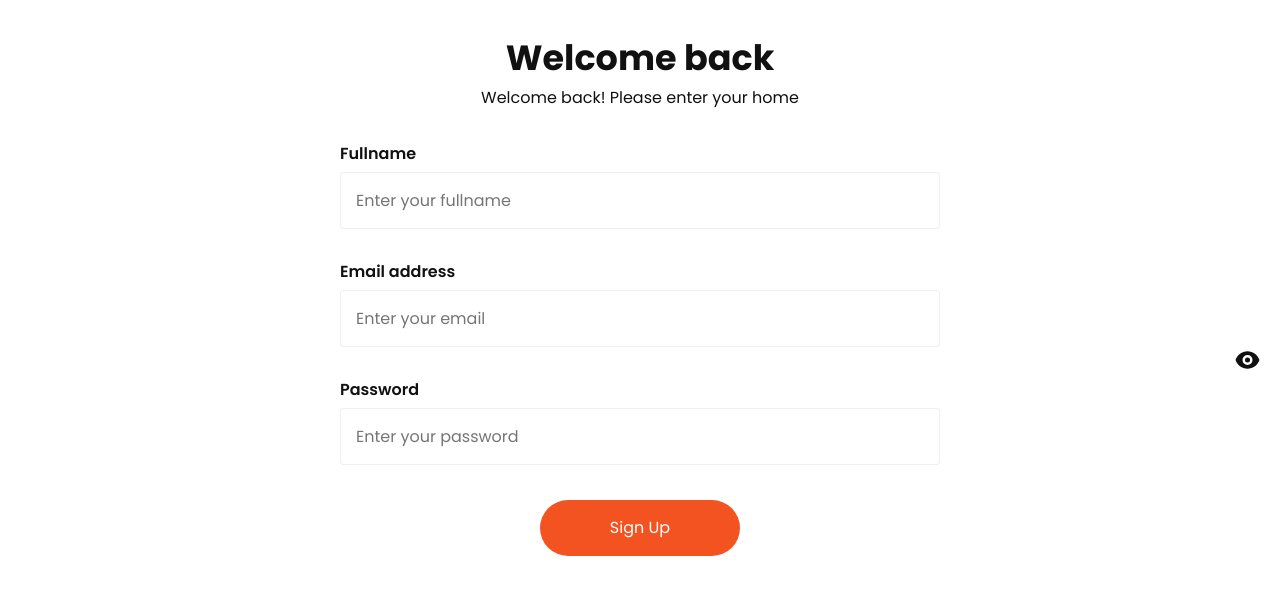
Repository: hoang0508/ReactJs-Fruits
Page: /sign-up
An editor plug-in stored every save of this project. The page is shown before and after a run of saves, followed by the edit.
The browser window is 1280 px wide. The pictures show the whole page.
The project was rebuilt for these pictures with package versions that can differ from the ones it lists, and the page was loaded fresh each time. Also part of the build but not shown: src/Pages/NotFoundPage.js, src/hooks/useHookAPI.js, src/hooks/useLocalStrorage.js, src/components/context/Auth-Context.js, src/components/Media/Social.scss, src/components/Media/Social.js, src/components/Footer/Footercoppy.js, src/components/Footer/Footer.js and 33 more.

Above is the page before, as saved 2022-05-12 10:32:14.

### src/components/Footer/Footer.scss
@import "../../index.scss";
.footer {
  background-color: $bg-footer;
  padding: 80px 0;
  &-list {
    display: grid;
    grid-template-columns: repeat(4, 1fr);
    grid-gap: 0 40px;
  }
  &-logo {
    span {
      color: $primary-color;
      font-size: 45px;
      font-weight: 700;
      display: inline-block;
      margin-bottom: 20px;
    }
    &--desc {
      line-height: 1.6;
      color: $text-color--tx;
      margin-bottom: 20px;
    }
  }
  &-title {
    margin-bottom: 25px;
    color: $text-color--tx;
    font-size: 20px;
  }
  &-item--instagram {
    display: grid;
    grid-template-columns: repeat(3, 1fr);
    grid-gap: 6px;
  }
  &-images--ig {
    height: 65px;
    position: relative;
    overflow: hidden;
    &:hover .footer-images--icon {
      opacity: 1;
      visibility: visible;
      overflow: hidden;
    }
    &:hover img {
      transform: scale(1.1);
    }
    img {
      width: 100%;
      height: 100%;
      object-fit: cover;
      border-radius: 5px;
      transition: all 0.25s linear;
    }
  }
  &-images--icon {
    width: 100%;
    height: 100%;
    background-color: rgba(243, 85, 32, 0.527);
    color: #fff;
    border-radius: 5px;
    display: flex;
    align-items: center;
    justify-content: center;
    font-size: 20px;
    position: absolute;
    top: 50%;
    left: 50%;
    transform: translate(-50%, -50%);
    cursor: pointer;
    opacity: 0;
    visibility: hidden;
    transition: all 0.2s ease;
  }
  &-link {
    display: inline-block;
    padding-bottom: 20px;
    color: $text-color--tx;
  }
  &-info {
    &--item {
      display: flex;
      align-items: center;
      gap: 0 20px;
      margin-bottom: 30px;
    }
    &--icon {
      color: $primary-color;
      font-size: 25px;
    }
    &--name {
      margin-bottom: 10px;
      color: $text-color--tx;
    }
  }
  &-coppy {
    padding: 30px 0;
    background-color: #021a32;
    color: #fff;
    .container {
      display: flex;
      align-items: center;
      justify-content: space-between;
    }
    &--license {
      font-size: 14px;
      span {
        color: $primary-color;
        font-size: 16px;
      }
    }
    &--help {
      display: flex;
      align-items: center;
      gap: 0 20px;
    }
  }
}

### src/components/Topdown/Topdown.scss
@import "../../index.scss";
.down {
  background-color: $text-color--tx;
  color: #fff;
  width: 50px;
  height: 50px;
  border-radius: 100rem;
  display: flex;
  align-items: center;
  justify-content: center;
  position: fixed;
  z-index: 10;
  bottom: -100px;
  right: 20px;
  transition: all 0.5s linear;
  &.active-down {
    opacity: 1;
    visibility: visible;
    bottom: 20px;
  }
}

### src/Pages/Cartpage/Cartpage.scss
@import "../../index.scss";
.cart {
  &-banner {
    min-height: 400px;
    position: relative;
    z-index: 0;
  }
  &-main {
    padding: 40px 0;
  }
  &-table {
    border-collapse: collapse;
    width: 100%;
  }
  &-table td,
  &-table th {
    padding-top: 10px;
    padding-bottom: 20px;
  }
  &-table th {
    padding: 15px;
    text-align: center;
    background-color: $primary-color;
    color: white;
  }
  &-images {
    width: 150px;
    height: 150px;
    img {
      width: 100%;
      height: 100%;
      object-fit: cover;
    }
  }
  &-item {
    margin-bottom: 10px;
    border-bottom: 1px solid $border-color;
    text-align: center;
  }
  &-total {
    max-width: 150px;
    width: 100%;
    padding: 10px 12px;
    margin-top: 20px;
    margin-left: auto;
    display: flex;
    /* justify-content: flex-end; */
    justify-content: center;
    gap: 0 10px;
    background-color: #f35320;
    color: #fff;
  }
  &-count {
    display: flex;
    align-items: center;
    justify-content: center;
  }
  &-remove {
    display: inline-flex;
    align-items: center;
    justify-content: center;
  }
}

### src/components/Input/Input.js
import React from "react";
import styled from "styled-components";

const InputStyles = styled.div`
  width: 100%;
  input {
    width: 100%;
    border: 1px solid ${(props) => props.theme.border};
    padding: 15px;
    border-radius: 4px;
    transition: all 0.25s linear;
    position: relative;
    &:focus {
      background-color: ${(props) => props.theme.bgColor};
      border-color: ${(props) => props.theme.primary};
    }
  }
  .input-icon {
    width: 25px;
    position: absolute;
    top: 50%;
    transform: translateY(-50%);
    right: 20px;
  }
`;

const Input = ({
  name = "",
  placeholder = "",
  type = "",
  children,
  ...props
}) => {
  return (
    <InputStyles>
      <input type={type} placeholder={placeholder} id={name} {...props} />
      {children}
    </InputStyles>
  );
};

export default Input;

### src/components/Header/Header.scss
@import "../../index.scss";
.header {
  &-contact {
    border-bottom: 1px solid #eee;
    .container {
      display: flex;
      justify-content: space-between;
      align-items: center;
      padding: 20px 0;
    }
  }
  &-info {
    display: flex;
    align-items: center;
    gap: 0 25px;
    &--add {
      display: flex;
      align-items: center;
      gap: 0 10px;
    }
    &--gmail {
      display: flex;
      align-items: center;
      gap: 0 10px;
    }
    &--icon {
      color: $primary-color;
    }
  }
  &-social {
    display: flex;
    align-items: center;
    gap: 0 15px;
    span {
      border: 1px solid #f3f3f3;
      width: 35px;
      height: 35px;
      border-radius: 100rem;
      display: flex;
      align-items: center;
      justify-content: center;
      transition: all 0.25s linear;
      &:hover {
        background-color: $primary-color;
        color: #fff;
        transform: translateY(-5px);
        cursor: pointer;
      }
    }
  }
  &-nav {
    padding: 20px 0;
    .container {
      display: flex;
      justify-content: space-between;
      align-items: center;
    }
  }
  &-menu {
    display: flex;
    align-items: center;
    gap: 0 30px;
    &--list {
      display: flex;
      align-items: center;
      gap: 0 30px;
    }
    &--link {
      color: $text-color--tx;
      font-weight: 500;
    }
  }
  &-cart {
    position: relative;
    &--icon {
      color: $text-color--tx;
      font-size: 28px;
    }
    &--number {
      position: absolute;
      top: -20%;
      right: -25%;
      background-color: $primary-color;
      color: #fff;
      width: 15px;
      height: 15px;
      border-radius: 100rem;
      font-size: 14px;
      display: flex;
      align-items: center;
      justify-content: center;
    }
  }
}

.is-fixed {
  position: fixed;
  top: 0;
  left: 0;
  width: 100%;
  z-index: 10;
  background-color: #fff;
  box-shadow: 0 2px 28px 0 rgba(0, 0, 0, 0.09);
  animation: fadeInDown 0.5s linear forwards;
}

@keyframes fadeInDown {
  0% {
    opacity: 0;
    transform: translateY(-20px);
  }
  100% {
    opacity: 1;
    transform: translateY(0);
  }
}

### src/components/Count/Count.scss
@import "../../index.scss";
.count {
  width: 180px;
  display: flex;
  align-items: center;
  justify-content: center;
  background-color: $bgr-color;
  border-radius: 5px;
  padding: 10px;
  cursor: pointer;
  &-value {
    width: 100px;
    text-align: center;
    background: inherit;
    font-size: 18px;
  }
}

### src/components/Product/Productdetails.scss
@import "../../index.scss";
.productD {
  &--list {
    display: flex;
    justify-content: space-between;
    gap: 0 50px;
  }
  &--left {
    width: 50%;
  }
  &--right {
    width: 60%;
  }
  &--thumb {
    margin-top: 20px;
    display: flex;
    align-items: center;
    gap: 0 10px;
  }
  &--imgThumb {
    height: 80px;
    border: 1px solid $border-color;
    border-radius: 5px;
    padding: 5px;
    cursor: pointer;
    img {
      width: 100%;
      height: 100%;
      object-fit: cover;
    }
  }
  &--title {
    font-size: 25px;
    font-weight: 700;
    color: $text-color--tx;
    margin-bottom: 15px;
  }
  &--price {
    display: flex;
    align-items: center;
    gap: 0 5px;
    margin-bottom: 10px;
  }
  &--priceNew {
    color: $text-color--tx;
  }
  &--priceOld {
    text-decoration: line-through;
  }
  &--vote {
    display: flex;
    align-items: center;
    gap: 0 10px;
    margin-bottom: 20px;
  }
  &--star {
    display: flex;
    align-items: center;
    gap: 0 2px;
    color: $primary-color;
  }
  &--desc {
    color: $text-color--tx;
    line-height: 1.5;
    margin-bottom: 15px;
  }
  &--cart {
    display: flex;
    align-items: center;
    gap: 0 40px;
    margin-bottom: 30px;
  }
  &-btn {
    padding: 15px;
    background-color: $bgr-color;
    margin-top: 20px;
    width: 100%;
    cursor: pointer;
    transition: all 0.25s linear;
    border-radius: 5px;
    &:hover {
      background-color: $primary-color;
      color: #fff;
    }
  }
  &-social {
    margin-top: 25px;
    display: flex;
    align-items: center;
    gap: 0 15px;
  }
}

.active-image {
  border-color: $primary-color;
  border-width: 2px;
}

### src/Pages/Detailpage/Info.scss
@import "../../index.scss";
.info {
  padding: 20px 0 40px;
  &-tab {
    display: flex;
    align-items: center;
    gap: 0 15px;
    margin-bottom: 10px;
    cursor: pointer;
    &--title {
      border: 1px solid $border-color;
      padding: 15px 30px;
    }
  }
  &-content {
    max-width: 800px;
    padding: 20px;
    border: 1px solid $border-color;
    &--desc {
      display: none;
    }
    &--review {
      display: none;
    }
  }
  &__heading {
    display: inline-block;
    padding-right: 20px;
    font-size: 23px;
    font-weight: 700;
    color: $text-color--tx;
    margin-bottom: 20px;
    position: relative;
    &::before {
      content: "";
      position: absolute;
      width: 50px;
      height: 3px;
      background-color: $primary-color;
      left: 100%;
      top: 50%;
    }
  }
  &-customer {
    &__item {
      margin-bottom: 25px;
    }
    &__people {
      display: flex;
      align-items: center;
      gap: 0 20px;
      margin-bottom: 15px;
    }
    &__image {
      width: 50px;
      height: 50px;
      img {
        width: 100%;
        height: 100%;
        object-fit: cover;
        border-radius: 100rem;
      }
    }
    &__name {
      color: $text-color--tx;
      font-size: 18px;
    }
    &__date {
      color: $secondary-color;
      margin-bottom: 10px;
    }
    &__desc {
      color: $text-color--tx;
      line-height: 1.5;
      margin-bottom: 15px;
    }
    &__star {
      color: $secondary-color;
      display: flex;
      align-items: center;
    }
  }
}

.active-tabs {
  background-color: $primary-color;
  color: #fff;
  transition: all 0.25s linear;
}

.active-content {
  display: block;
}

.write {
  &-form {
    &--group {
      display: flex;
      align-items: center;
      gap: 0 30px;
      margin-bottom: 20px;
    }
    &--input,
    &--textarea {
      border: 1px solid $border-color;
      padding: 12px;
      border-radius: 5px;
      width: 100%;
      transition: all 0.25s ease;
      &:focus {
        border-color: $primary-color;
      }
    }
  }
}

### src/components/Banner/Banner.scss
@import "../../index.scss";
.banner {
  min-height: 100vh;
  padding: 0 0 40px;
  padding: 150px;
  &-heading {
    color: $primary-color;
    margin-bottom: 20px;
    font-size: 20px;
  }
  &-title {
    max-width: 600px;
    width: 100%;
    color: #fff;
    font-weight: 700;
    font-size: 70px;
    line-height: 1.2;
    margin-bottom: 25px;
  }
  &-desc {
    max-width: 700px;
    width: 100%;
    color: #fff;
    line-height: 1.6;
    margin-bottom: 30px;
  }
  &-btn {
    display: flex;
    align-items: center;
    gap: 0 25px;
  }
  &-fruits {
    padding: 60px 0;
    margin-bottom: 100px;
    position: relative;
    &--images {
      img {
        height: 100%;
        object-fit: cover;
        margin: 0 auto;
        text-align: center;
      }
    }
    &--shape {
      .shape1 {
        position: absolute;
        top: 20px;
        left: 20px;
        height: 300px;
        animation: shapeTop 3s linear infinite;
        img {
          width: 100%;
          height: 100%;
          object-fit: cover;
        }
      }
      .shape3 {
        position: absolute;
        top: 20px;
        right: 20px;
        height: 150px;
        animation: shapeTop 3s linear infinite;
        img {
          width: 100%;
          height: 100%;
          object-fit: cover;
        }
      }
      .shape2 {
        position: absolute;
        bottom: 20px;
        left: 20px;
        height: 100px;
        animation: shapeBottom 3s linear infinite;

        img {
          width: 100%;
          height: 100%;
          object-fit: cover;
        }
      }
      .shape4 {
        position: absolute;
        bottom: 20px;
        right: 20px;
        height: 100px;
        animation: shapeZoom 3s linear infinite;

        img {
          width: 100%;
          height: 100%;
          object-fit: cover;
        }
      }
    }
  }
}

@keyframes shapeTop {
  50% {
    transform: translateY(20px);
  }
  100% {
    transform: translateY(0px);
  }
}

@keyframes shapeBottom {
  50% {
    transform: translateX(20px);
  }
  100% {
    transform: translateX(0px);
  }
}

@keyframes shapeZoom {
  20% {
    transform: scale(0.5);
  }
  50% {
    transform: scale(1.1);
  }
  100% {
    transform: scale(1);
  }
}

### src/components/Banner/BannerCrops.scss
@import "../../index.scss";
.banner-crops {
  min-height: 100vh;
  padding-top: 100px;
  &--content {
    max-width: 800px;
    background-color: #fff;
    padding: 50px;
    margin-left: auto;
  }
  &--txt {
    color: $primary-color;
    margin-bottom: 20px;
    font-size: 20px;
    display: inline-block;
  }
  &--heading .page-center {
    text-align: left;
    max-width: 700px;
    margin-bottom: 20px;
  }
  &--heading .page-desc {
    text-align: left;
  }
}

### src/components/layout/Feedback/Feedback.scss
@import "../../../index.scss";
.banner-feedback {
  min-height: 100vh;
  position: relative;
  z-index: 1;
  &--heading {
    padding: 40px 0;
    .page-heading {
      color: #fff;
      font-weight: 600;
    }
    .page-desc {
      color: #fff;
    }
  }
  &--list {
    max-width: 800px;
    width: 100%;
    padding: 20px 10px;
    margin: 0 auto;
    background-color: $secondary-color;
    border-radius: 20px;
  }
  &--item {
    display: flex;
    justify-content: center;
    align-items: center;
    flex-direction: column;
    background-color: $secondary-color;
  }
  &--images {
    width: 150px;
    height: 150px;
    img {
      width: 100%;
      height: 100%;
      object-fit: cover;
      border-radius: 100rem;
    }
  }
  &--content {
    color: #fff;
    margin-top: 30px;
    text-align: center;
  }
  &--name {
    margin-bottom: 15px;
    font-size: 22px;
  }
  &--job {
    margin-bottom: 15px;
    font-size: 14px;
  }
  &--desc {
    font-style: italic;
    line-height: 1.6;
    font-size: 14px;
  }
}

### src/components/layout/LastesBlog/LastestBlog.scss
@import "../../../index.scss";
.LastestBlog {
  padding: 100px 0;
  &-list {
    display: grid;
    grid-template-columns: repeat(3, 1fr);
    grid-gap: 0 40px;
  }
  &-item {
    background-color: #fff;
    border-radius: 10px;
    overflow: hidden;
    box-shadow: rgba(100, 100, 111, 0.2) 0px 7px 29px 0px;
    display: flex;
    flex-direction: column;
    cursor: pointer;
    &:hover .LastestBlog-content::before {
      height: 100%;
    }
    &:hover .LastestBlog-title {
      color: #fff;
    }
    &:hover .LastestBlog-more {
      color: #fff;
    }
    &:hover .LastestBlog-date {
      background-color: $primary-color;
      color: #fff;
    }
    &:hover .LastestBlog-images img {
      transform: scale(1.2);
    }
  }
  &-images {
    height: 270px;
    position: relative;
    img {
      width: 100%;
      height: 100%;
      object-fit: cover;
      transition: all 0.3s linear;
    }
  }
  &-date {
    position: absolute;
    bottom: 0;
    padding: 12px 25px;
    border-radius: 0 5px 0 0;
    background-color: #ffffff;
  }
  &-content {
    padding: 20px 10px;
    position: relative;
    isolation: isolate;
    overflow: hidden;
    margin-top: auto;
    &::before {
      content: "";
      position: absolute;
      top: 0;
      left: 0;
      background-color: $primary-color;
      width: 100%;
      height: 0;
      z-index: -1;
      transition: all 0.3s linear;
    }
  }
  &-title {
    margin-bottom: 15px;
    line-height: 1.5;
    font-size: 20px;
    font-weight: 700;
    color: #111111;
    transition: all 0.3s linear;
  }
  &-more {
    color: $primary-color;
    transition: all 0.3s linear;
  }
}

### src/components/layout/Subscribe/Subscribe.scss
@import "../../../index.scss";
.subscribe {
  margin-bottom: 100px;
  background-color: #fafafa;
  &-container {
    min-height: 250px;
    display: flex;
    align-items: center;
    gap: 0 100px;
  }
  &-content {
    width: 60%;
    .page-center {
      max-width: 700px;
      text-align: left;
    }
    .page-desc {
      text-align: left;
    }
  }
  &-input {
    background: none;
  }
  &-email {
    width: 60%;
    padding: 5px 10px;
    display: flex;
    justify-content: space-between;
    background-color: #f3f3f3;
    border: 1px solid #f3f3f3;
    border-radius: 5px;
  }
}

### src/components/Product/Product.scss
@import "../../index.scss";

.product {
  margin-top: 80px;
  padding-bottom: 100px;
  &-heading {
    margin-bottom: 50px;
  }
  &-list {
    display: grid;
    grid-template-columns: repeat(4, 1fr);
    grid-gap: 40px;
  }
  &-list--swiper {
    display: grid;
  }
  &-item {
    position: relative;
    overflow: hidden;
    cursor: pointer;
    &:hover .product-select .product-select--icon {
      opacity: 1;
      visibility: visible;
      transition: all 0.3 linear;
      transform: translate(0);
    }
    &:hover .product-images img {
      transform: scale(1.1);
    }
    &:hover .product-seo {
      background-color: $primary-color;
      color: #fff;
      cursor: pointer;
    }
  }
  &-images {
    height: 250px;
    position: relative;
    overflow: hidden;
    margin-bottom: 25px;
    img {
      width: 100%;
      height: 100%;
      object-fit: cover;
      overflow: hidden;
      border-radius: 5px;
      transition: all 0.25s linear;
    }
  }
  &-seo {
    position: absolute;
    top: 10px;
    left: 10px;
    background-color: #fff;
    color: $text-color--tx;
    padding: 8px 15px;
    border-radius: 6px;
    transition: all 0.25s linear;
  }
  &-select {
    position: absolute;
    left: 0;
    right: 0;
    bottom: 20px;
    display: flex;
    align-items: center;
    justify-content: center;
    gap: 0 10px;
    &--icon {
      color: $primary-color;
      background-color: #fff;
      width: 45px;
      height: 45px;
      border-radius: 100rem;
      display: flex;
      align-items: center;
      justify-content: center;
      font-size: 20px;
      opacity: 0;
      visibility: hidden;
      transition: all 0.3s linear;
      transform: translateY(30px);
    }
  }
  &-info {
    text-align: center;
  }
  &-name {
    font-size: 22px;
    font-weight: 600;
    color: $text-color--tx;
    margin-bottom: 15px;
    transition: all 0.2s ease;
    &:hover {
      color: $primary-color;
    }
  }
  &-price {
    display: flex;
    align-items: center;
    justify-content: center;
    gap: 0 10px;
    margin-bottom: 15px;
    &--new {
      color: $primary-color;
      font-weight: 500;
    }
    &--old {
      text-decoration: line-through;
    }
  }
  &-star {
    display: flex;
    align-items: center;
    justify-content: center;
    gap: 0 5px;
    color: $primary-color;
  }
}

### src/components/Box/Checkbox.scss
@import "../../index.scss";

.checkbox_input {
  display: none;
}

.checkbox_input:checked + .checkbox_label::after {
  opacity: 1;
  visibility: visible;
}

.checkbox_label {
  position: relative;
  padding-left: 50px;
  cursor: pointer;
}

.checkbox_label::before {
  content: "";
  position: absolute;
  width: 30px;
  height: 30px;
  background-color: $primary-color;
  left: 0;
  top: 50%;
  transform: translateY(-50%);
  display: flex;
  justify-content: center;
  align-items: center;
  border-radius: 3px;
}

.checkbox_label::after {
  content: "";
  position: absolute;
  top: 3px;
  left: 6px;
  width: 20px;
  height: 10px;
  transform: rotate(-45deg);
  border-left: 3px solid white;
  border-bottom: 3px solid white;
  opacity: 0;
  visibility: hidden;
  transition: all 0.25s linear;
}

### src/components/Accordion/Accordion.scss
@import "../../index.scss";
.accordion {
  max-width: 500px;
  margin-bottom: 20px;
  &-header {
    display: flex;
    justify-content: space-between;
    align-items: center;
    color: #292e49;
    font-weight: 600;
    border: 1px solid $primary-color;
    border-radius: 5px;
    padding: 10px;
    cursor: pointer;
  }
  &-content {
    height: 0;
    overflow: hidden;
    transition: all 0.2s ease;
    &--active {
      margin-top: 15px;
      padding: 5px 10px;
      line-height: 1.5;
      font-size: 14px;
      border: 1px solid $primary-color;
      height: auto;
    }
  }
}

### src/components/Modal/ModalPd.scss
@import "../../index.scss";
.modalP {
  position: fixed;
  inset: 0;
  background-color: rgba(0, 0, 0, 0.5);
  z-index: 20;
  &-content {
    position: absolute;
    top: 50%;
    left: 50%;
    transform: translate(-50%, -50%);
    max-width: 850px;
    width: 100%;
    padding: 15px 20px;
    background-color: #fff;
    border-radius: 5px;
    position: relative;
    &--close {
      position: absolute;
      top: 10px;
      right: 10px;
      background-color: $primary-color;
      color: #fff;
      width: 30px;
      height: 30px;
      display: flex;
      justify-content: center;
      align-items: center;
      border-radius: 5px;
      cursor: pointer;
    }
  }
}

Loaded but not shown: public/index.html (common file); src/reportWebVitals.js (common file); src/components/button/index.js (common file); src/components/Input/index.js (common file); src/components/label/index.js (common file); src/Pages/SignUpPage.js (80 lines, source omitted); src/config/RoutersConfig.js (46 lines, source omitted); src/index.js (24 lines, source omitted); src/components/button/Button.js (30 lines, source omitted); src/components/Field/Field.js (18 lines, source omitted); src/components/label/Label.js (17 lines, source omitted); src/App.js (12 lines, source omitted); src/utils/contains.js (6 lines, source omitted); src/components/Field/index.js (3 lines, source omitted); src/index.scss (250 lines, source omitted)

After the next 2 saves:
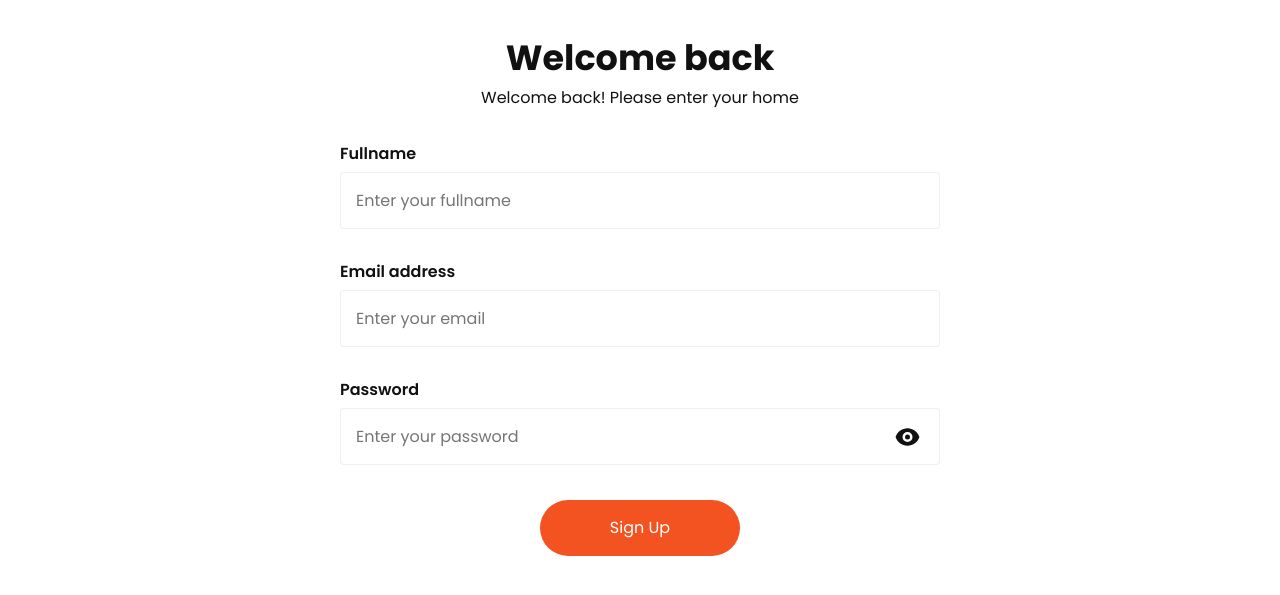
The 2 saves are shown as one change because they came seconds apart.
The last was saved 14 s later.
--- a/src/components/Input/Input.js
+++ b/src/components/Input/Input.js
@@ -2,6 +2,7 @@ import React from "react";
 import styled from "styled-components";
 
 const InputStyles = styled.div`
+  position: relative;
   width: 100%;
   input {
     width: 100%;
@@ -9,7 +10,7 @@ const InputStyles = styled.div`
     padding: 15px;
     border-radius: 4px;
     transition: all 0.25s linear;
-    position: relative;
+
     &:focus {
       background-color: ${(props) => props.theme.bgColor};
       border-color: ${(props) => props.theme.primary};
